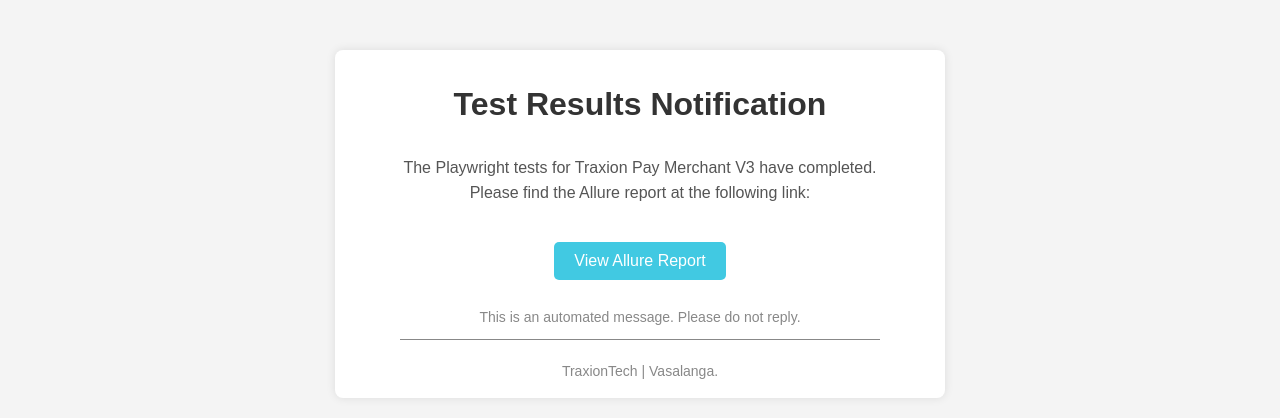
Repository: jmendozaqa24/TraxionPay-V3
Page: template.html
These files come from the project's save history. The page is drawn as it stood at one moment and after the next save; the edit follows.
The browser window is 1280 px wide. The pictures show the whole page.

Above is the page before, as saved 2025-01-31 10:55:18.

### template.html
<!DOCTYPE html>
            <html lang="en">
            <head>
                <meta charset="UTF-8">
                <meta name="viewport" content="width=device-width, initial-scale=1.0">
                <title>Test Results Notification</title>
            </head>
            <body style="font-family: Arial, sans-serif; background-color: #f4f4f4; margin: 5px 0; padding: 25px 0;">
                <div style="max-width: 600px; margin: 20px auto; background-color: #ffffff; padding: 5px; border-radius: 8px; box-shadow: 0 0 10px rgba(0, 0, 0, 0.1);">
                    <div style="text-align: center; padding-bottom: 0">
                        <h1 style="color: #333333; margin: 5; padding: 10px; ">Test Results Notification</h1>
                    </div>
                    <div style="text-align: center; margin: 5; padding: 0 40px;">
                        <p style="color: #555555; font-size: 16px; line-height: 1.6;">
                            The Playwright tests for Traxion Pay Merchant V3 have completed. Please find the Allure report at the following link:
                        </p>
                        <a href="https://dread-vin.github.io/TraxionPay-V3/"
                            style="display: inline-block; padding: 10px 20px; margin-top: 20px; font-size: 16px; color: #ffffff; background-color: #41C9E2; border-radius: 5px; text-decoration: none;">
                            View Allure Report
                        </a>
                    </div>
                    <div style="text-align: center; padding-top: 15px; font-size: 14px; color: #888888;">
                        <p>This is an automated message. Please do not reply.</p>
                    </div>
                    <hr style="border: none; border-top: 0.1px solid #888888; width: 80%;">
                    <div style="text-align: center; padding-top: 1px; font-size: 14px; color: #888888;">
                        <p>TraxionTech | Vasalanga.</p>
                    </div>
                </div>
            </body>
            </html>

After the next save:
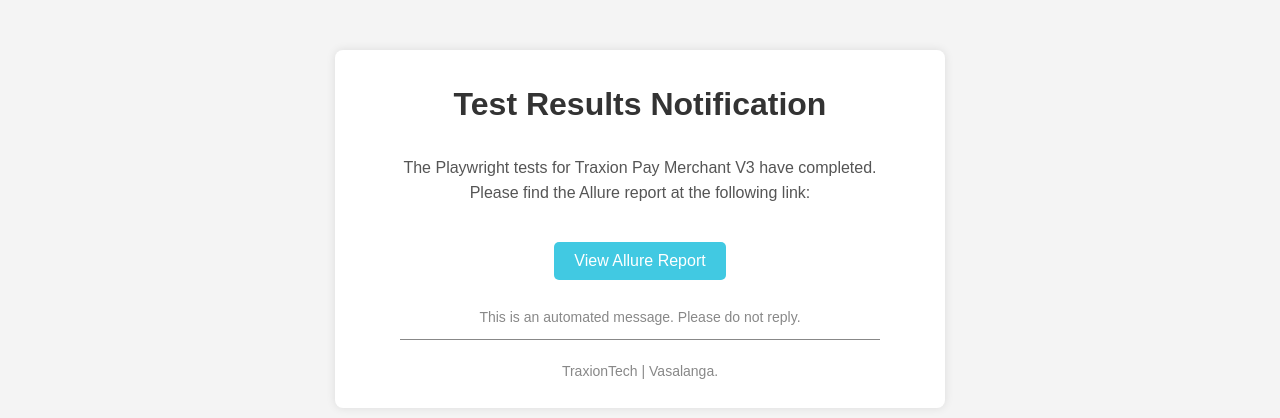
Saved 26 s later.
--- a/template.html
+++ b/template.html
@@ -23,7 +23,7 @@
                         <p>This is an automated message. Please do not reply.</p>
                     </div>
                     <hr style="border: none; border-top: 0.1px solid #888888; width: 80%;">
-                    <div style="text-align: center; padding-top: 1px; font-size: 14px; color: #888888;">
+                    <div style="text-align: center; padding-top: 1px; padding-bottom: 10px; font-size: 14px; color: #888888;">
                         <p>TraxionTech | Vasalanga.</p>
                     </div>
                 </div>
